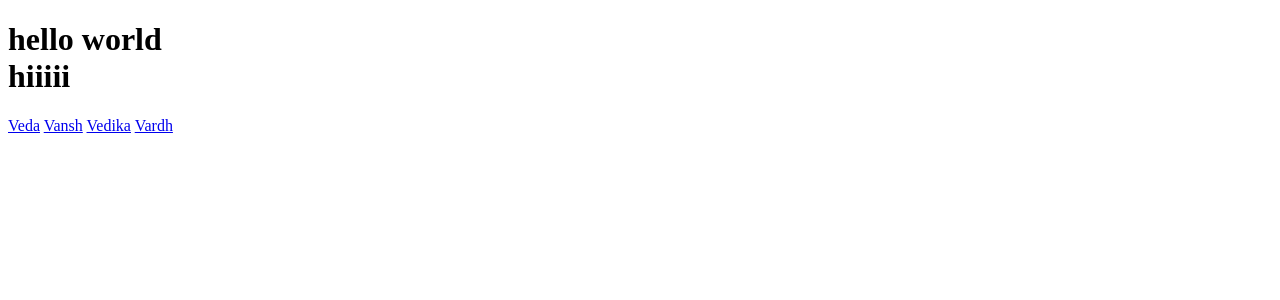
Repository: poornimakole/PRJS
Page: http://localhost/SpringMVC/home
An editor plug-in stored every save of this project. The page is shown before and after the next save, followed by the edit.
The browser window is 1280 px wide. The pictures show the whole page.
The page is served by Tomcat 9. Other server files are loaded and not shown.

Above is the page before, as saved 2017-12-15 08:26:30.

### Spring/SpringMVC/WebContent/WEB-INF/pages/home.jsp
<%@ page language="java" contentType="text/html; charset=ISO-8859-1"
    pageEncoding="ISO-8859-1"%>
<!DOCTYPE html PUBLIC "-//W3C//DTD HTML 4.01 Transitional//EN" "http://www.w3.org/TR/html4/loose.dtd">
<html>
<head>
<meta http-equiv="Content-Type" content="text/html; charset=ISO-8859-1">
<title>Insert title here</title>
</head>
<body>
   <h1>hello world<br>${message}</h1>
   <a href="http://localhost:8080/SpringMVC/veda?dept=abc">Veda</a>
   <a href="http://localhost:8080/SpringMVC/vansh?dept=xyz">Vansh</a>
   <a href="http://localhost:8080/SpringMVC/vedika?dept=pqr">Vedika</a>
   <a href="http://localhost:8080/SpringMVC/vardh">Vardh</a>


</body>
</html>

### Spring/SpringMVC/src/com/psl/beans/Employee.java
package com.psl.beans;

public class Employee {

	private int id;
	private String name;
	private String email;


	public int getId() {
		return id;
	}
	public void setId(int id) {
		this.id = id;
	}
	public String getName() {
		return name;
	}
	public void setName(String name) {
		this.name = name;
	}
	public String getEmail() {
		return email;
	}
	public void setEmail(String email) {
		this.email = email;
	}
	@Override
	public String toString() {
		return "Employee [id=" + id + ", name=" + name + ", email=" + email
				+ "]";
	}



}

After the next save:
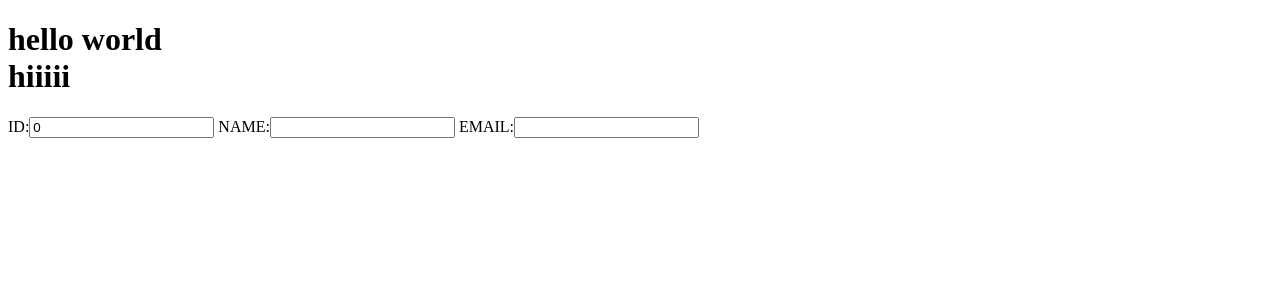
Saved 13 min 52 s later.
--- a/Spring/SpringMVC/WebContent/WEB-INF/pages/home.jsp
+++ b/Spring/SpringMVC/WebContent/WEB-INF/pages/home.jsp
@@ -1,5 +1,7 @@
 <%@ page language="java" contentType="text/html; charset=ISO-8859-1"
     pageEncoding="ISO-8859-1"%>
+ <%@ taglib prefix="sf" uri="http://www.springframework.org/tags/form" %>
+
 <!DOCTYPE html PUBLIC "-//W3C//DTD HTML 4.01 Transitional//EN" "http://www.w3.org/TR/html4/loose.dtd">
 <html>
 <head>
@@ -8,10 +10,16 @@
 </head>
 <body>
    <h1>hello world<br>${message}</h1>
-   <a href="http://localhost:8080/SpringMVC/veda?dept=abc">Veda</a>
-   <a href="http://localhost:8080/SpringMVC/vansh?dept=xyz">Vansh</a>
-   <a href="http://localhost:8080/SpringMVC/vedika?dept=pqr">Vedika</a>
-   <a href="http://localhost:8080/SpringMVC/vardh">Vardh</a>
+<!--    <a href="http://localhost:8080/SpringMVC/veda?dept=abc">Veda</a> -->
+<!--    <a href="http://localhost:8080/SpringMVC/vansh?dept=xyz">Vansh</a> -->
+<!--    <a href="http://localhost:8080/SpringMVC/vedika?dept=pqr">Vedika</a> -->
+<!--    <a href="http://localhost:8080/SpringMVC/vardh">Vardh</a> -->
+
+    <sf:form modelAttribute="employee" method="POST">
+     ID:<sf:input path="id"/>
+      NAME:<sf:input path="name"/>
+      EMAIL:<sf:input path="email"/>
+    </sf:form>
 
 
 </body>
